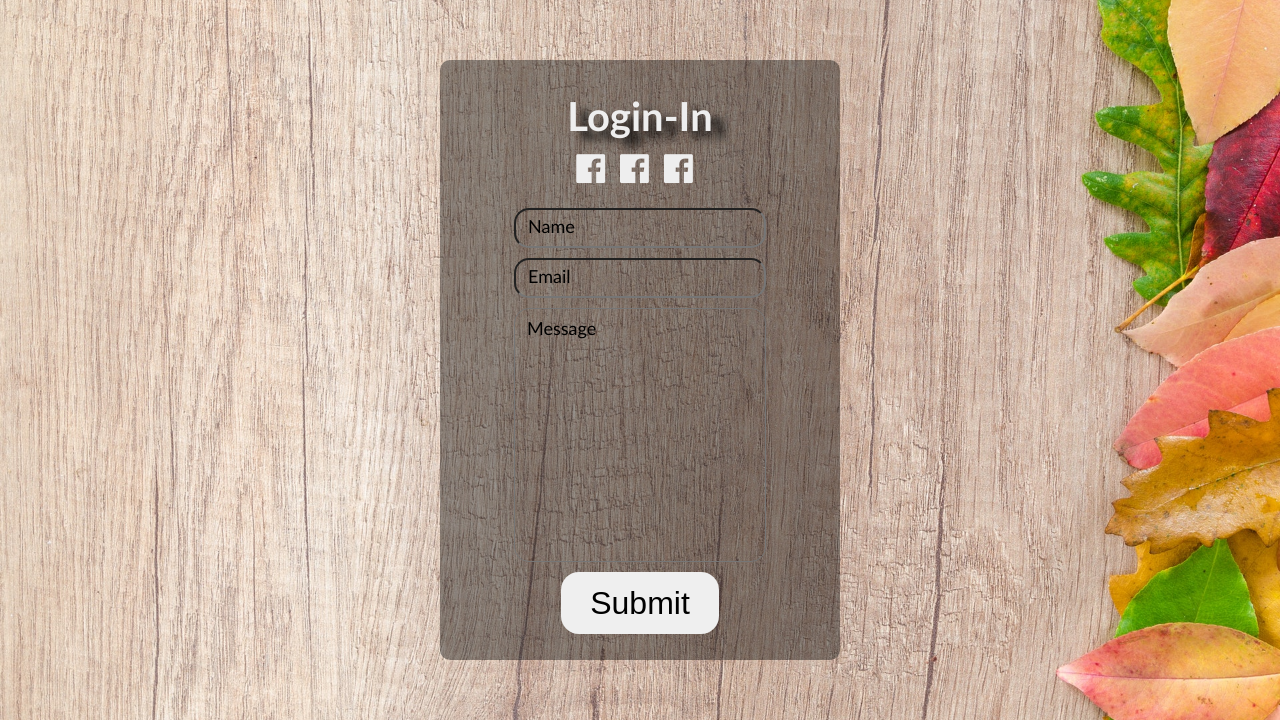
Repository: imedakrouti/BookStore
Page: ex.html
These files come from the project's save history. The page is drawn as it stood at one moment and after the next save; the edit follows.
The browser window is 1280 px wide. The pictures show the whole page.
Some web libraries are served in a nearby version.

Above is the page before, as saved 2020-05-08 15:54:54.

### ex.html
<!DOCTYPE html>
<html lang="en">
<head>
    <meta charset="UTF-8">
    <meta name="viewport" content="width=device-width, initial-scale=1.0">
    <link rel="stylesheet" href="https://use.fontawesome.com/releases/v5.0.10/css/all.css" integrity="sha384-+d0P83n9kaQMCwj8F4RJB66tzIwOKmrdb46+porD/OvrJ+37WqIM7UoBtwHO6Nlg" crossorigin="anonymous">

    <title>Document</title>
</head>
<style>
    *{
        margin: 0;
        padding: 0;
        box-sizing: border-box;
    }
    .contact{
        height: 100vh;
        background:url('images/img/wood-bg.jpeg')no-repeat center center/cover;
        display: flex;
        flex-direction: column;
        align-items: center;
        justify-content: center;
    }
    .form-contact{
        width: 400px;
        height: 600px;
        padding: 20px;
        background:rgba(0,0,0,.4);
        text-align: center;
        border-radius:10px;
    }
    .form-contact h2{
        font-size: 40px;
        font-family: 'Gill Sans', 'Gill Sans MT', Calibri, 'Trebuchet MS', sans-serif;
        color:#eee;
        margin:12px 0;
        text-transform: capitalize;
        text-shadow: 12px 8px 9px #000;
    }
    .social-media{

    }
    .social-media i{
        font-size: 33px;
        color:#eee;
        margin-right: 11px;
        margin-bottom: 13px;
    }
    .form-contact input[type='text'],
    .form-contact input[type='email'],
    .form-contact textarea{
        display: block;
        padding: 0.375rem 0.75rem;
        font-size: 1rem;
        line-height: 1.5;
        margin: 10px auto;
        width: 70%;
        resize: none;
        background:transparent;
        border-radius:15px;
        outline: none;

    }
    .form-contact input::placeholder,
    .form-contact textarea::placeholder{
        color:#000;
        font-family: 'Gill Sans', 'Gill Sans MT', Calibri, 'Trebuchet MS', sans-serif;
        font-size: 18px;
    }
    .form-contact .btn{
        display: inline-block;
        font-weight: 400;
        text-align: center;
        white-space: nowrap;
        vertical-align: middle;
        -webkit-user-select: none;
        -moz-user-select: none;
        -ms-user-select: none;
        user-select: none;
        border: 1px solid transparent;
        padding: 0.375rem 1.75rem;
        font-size: 2rem;

        line-height: 1.5;
        border-radius:18px;

    }
    /* header{
    height: 100vh;
    background:linear-gradient(rgba(234,236,244,0.6),rgba(123,120,111,0.7)),url('images/img/header-bg.jpeg')no-repeat fixed center /cover;
    clip-path: polygon(0 0, 100% 0, 100% 90%, 0 100%);
    display: flex;
    align-items: center;
    justify-content: center;
  }
    .nav{
        align-self: flex-start;
        position: absolute;
        padding: 30px;
        width: 100%;
        display: flex;
        justify-content: space-between;
    }
    ul{
      display: flex;
     align-items: center;

    }
    .text-center{
        text-align: center;
    }
    .text-center a{
        display: block;
        margin-bottom: 8px;
        padding: 4px 20px;
        background: transparent;
        text-decoration: none;
        border:1px solid yellow;
        color:yellow
    }
    .text-center a:hover{
        background:yellow;
        color:#eee
    }
    ul li{
        list-style: none;
        margin: 0 30px;
    }
    ul li a{
        text-decoration: none;
       padding: 0.75rem;
       margin: 0.025rem;
        color:#eee;
        background:#444;
        font-size: 20px;
        font-family: Cambria, Cochin, Georgia, Times, 'Times New Roman', serif;
        text-transform: uppercase;
        border-radius: 12px;
    }
    @media screen and (max-width: 500px){
        .nav a img{
            width: 80px;
            height: 80px;
        }
        .nav ul{
            display: block;
        }
    } */

</style>
<body>
    <!-- <header>
        <div class="nav">
                <a href=""><img src="images/img/book.png" alt="" width="200px"height="30px"></a>

            <ul>
                <li><a href="">home</a></li>
                <li><a href="">home</a></li>
                <li><a href="">home</a></li>
                <li><a href="">home</a></li>

            </ul>
        </div>
        <div class="logo text-center">
            <p>Lorem ipsum dolor sit amet consectetur adipisicing elit. Placeat, adipisci repudiandae.</p>
            <a href="">aaaa</a>
            <a href="">aaaa</a>
        </div>
    </header> -->
    <section class="contact">
        <form action=""class="form-contact">
            <h2>Login-in</h2>
            <div class="social-media">
                <i class="fab fa-facebook fa-3x fa-circle"> </i>
                <i class="fab fa-facebook fa-3x"> </i>
                <i class="fab fa-facebook fa-3x"> </i>
            </div>

              <input type="text" class="form-control" name="" id="" aria-describedby="helpId" placeholder="Name">
              <input type="email" class="form-control" name="" id="" aria-describedby="helpId" placeholder="Email">
             <textarea name="" id="" cols="30" rows="10"placeholder="Message"></textarea>
             <button type="submit" class="btn btn-primary">Submit</button>
        </form>
    </section>

</body>
</html>

After the next save:
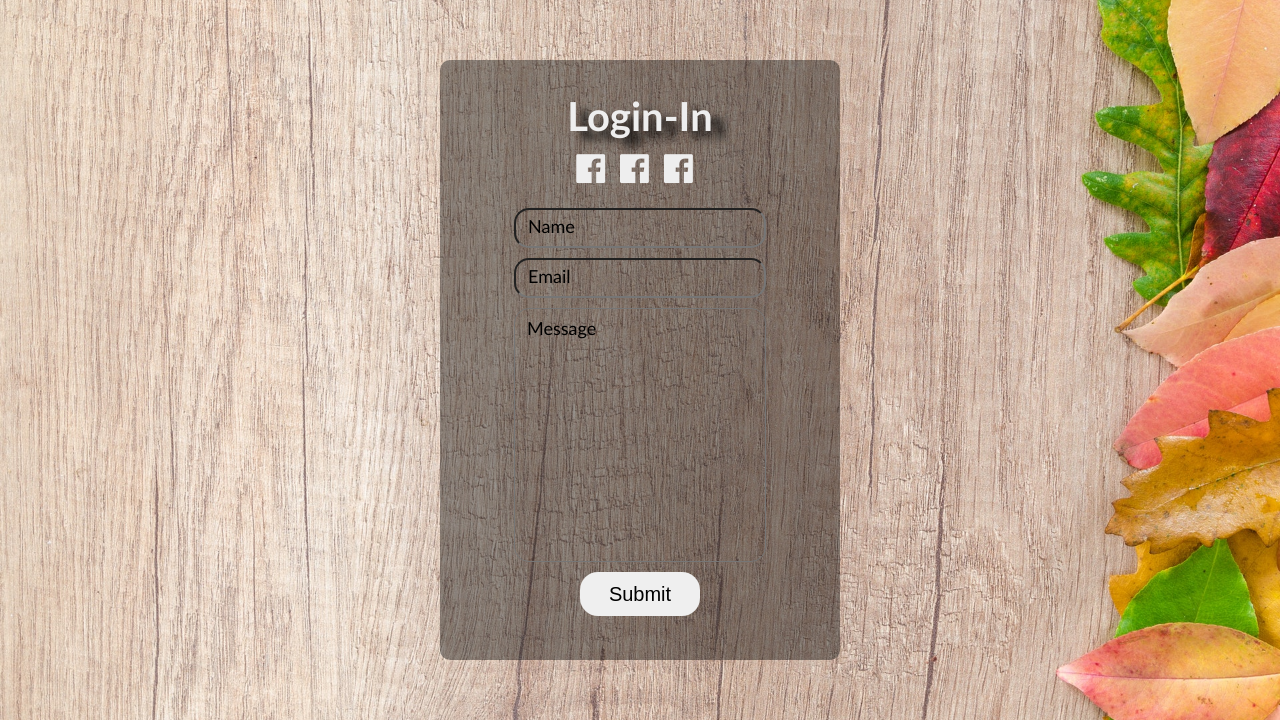
Saved 12 s later.
--- a/ex.html
+++ b/ex.html
@@ -79,7 +79,7 @@
         user-select: none;
         border: 1px solid transparent;
         padding: 0.375rem 1.75rem;
-        font-size: 2rem;
+        font-size: 1.25rem;
 
         line-height: 1.5;
         border-radius:18px;
